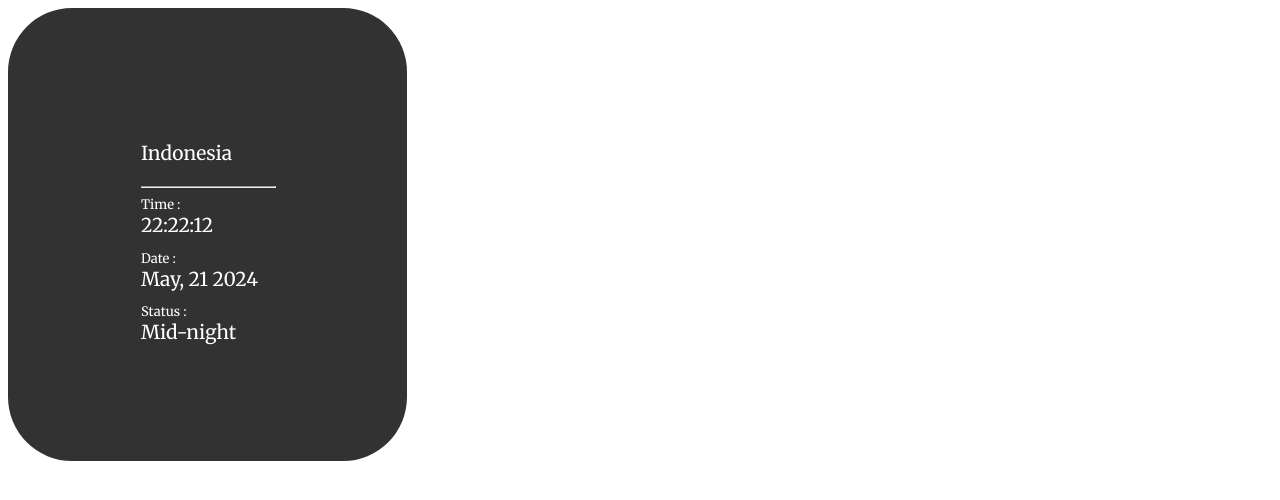
Repository: SnakeXrnt/notion-clock
Page: indonesia.html
These files come from the project's save history. The page is drawn as it stood at one moment and after the next save; the edit follows.
The browser window is 1280 px wide. The pictures show the whole page.

Above is the page before, as saved 2024-05-21 16:48:00.

### indonesia.html
<!DOCTYPE html>
<html lang="en">
<head>
    <meta charset="UTF-8">
    <meta name="viewport" content="width=device-width, initial-scale=1.0">
    <title>Indonesia</title>
    <link rel="preconnect" href="https://fonts.googleapis.com">
    <link rel="preconnect" href="https://fonts.gstatic.com" crossorigin>
    <link href="https://fonts.googleapis.com/css2?family=Merriweather:ital,wght@0,300;0,400;0,700;0,900;1,300;1,400;1,700;1,900&display=swap" rel="stylesheet">
    <style>
        h1, h2, h3 {
            margin: 0px;
            font-family: "Merriweather", serif;
            font-weight: 400;
            font-style: normal;
            color: white;
        }

        h1 {
            font-size: larger;
            padding-bottom: 1vw;
        }
        h2 {
            font-size: small;
        }



        .box {
            display: flex;
            flex-direction: column;
            width: 100pt;
            height: 140pt;
            border: 100pt solid rgb(50, 50, 50);
            background-color: rgb(50, 50, 50);
            border-radius: 5vw;

        }
    </style>
    <script>
        function updateTime() {
            const timeElement = document.querySelector('.time');
            const dateElement = document.querySelector('.date');
            const statusElement = document.querySelector('.status');

            const now = new Date();
            const options = { timeZone: 'Asia/Jakarta' };
            const jakartaTime = new Date(now.toLocaleString('en-US', options));

            const hours = jakartaTime.getHours();
            const minutes = jakartaTime.getMinutes();
            const seconds = jakartaTime.getSeconds();

            timeElement.innerHTML = `${hours}:${minutes < 10 ? '0' : ''}${minutes}<span class="blink">:</span>${seconds < 10 ? '0' : ''}${seconds}`;

            const monthNames = ["January", "February", "March", "April", "May", "June", "July", "August", "September", "October", "November", "December"];
            const month = monthNames[jakartaTime.getMonth()];
            const date = jakartaTime.getDate();
            const year = jakartaTime.getFullYear();

            dateElement.innerHTML = `${month}, ${date} ${year}`;

            const hourOfDay = jakartaTime.getHours();
            let status = '';
            if (hourOfDay >= 5 && hourOfDay < 12) {
                status = 'Morning';
            } else if (hourOfDay >= 12 && hourOfDay < 15) {
                status = 'Mid-day';
            } else if (hourOfDay >= 15 && hourOfDay < 18) {
                status = 'Afternoon';
            } else if (hourOfDay >= 18 && hourOfDay < 21) {
                status = 'Evening';
            } else {
                status = 'Mid-night';
            }

            statusElement.innerHTML = status;

            // Toggle blink class
            const blinkElements = document.querySelectorAll('.blink');
            blinkElements.forEach(element => {
                element.classList.toggle('hidden');
            });
        }

        setInterval(updateTime, 1000); // Update every second
    </script>
</head>
<body>
    <div class="box">
        <h1>Indonesia</h1>
        <hr width="100%">
        <h2>Time :</h2>
        <h1 class="time"></h1>
        <h2>Date :</h2>
        <h1 class="date"></h1>
        <h2>Status : </h2>
        <h1 class="status"></h1>

    </div>
</body>
</html>

After the next save:
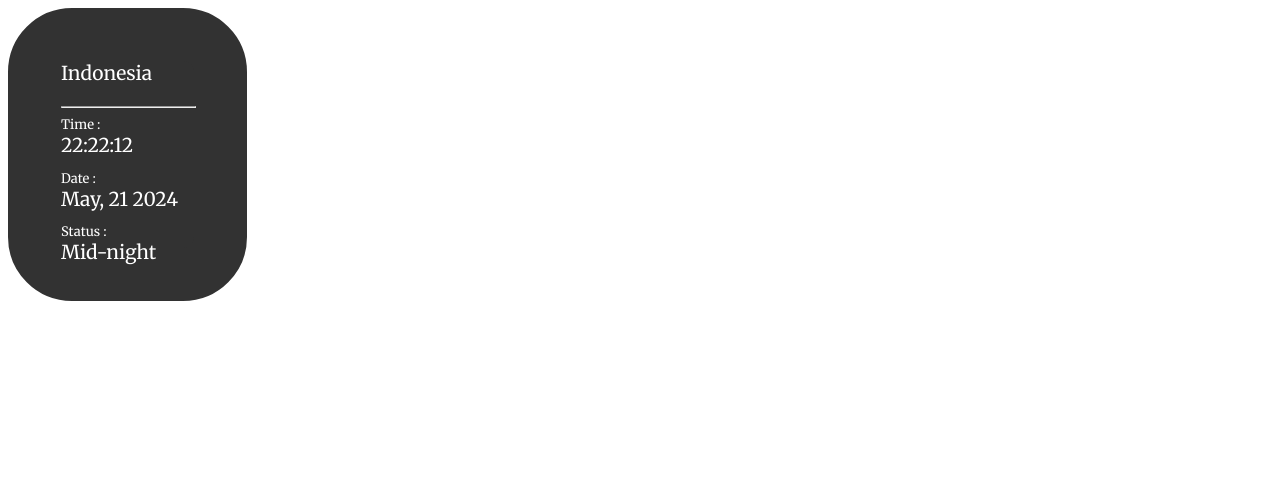
Saved 4 s later.
--- a/indonesia.html
+++ b/indonesia.html
@@ -31,7 +31,7 @@
             flex-direction: column;
             width: 100pt;
             height: 140pt;
-            border: 100pt solid rgb(50, 50, 50);
+            border: 40pt solid rgb(50, 50, 50);
             background-color: rgb(50, 50, 50);
             border-radius: 5vw;
 
